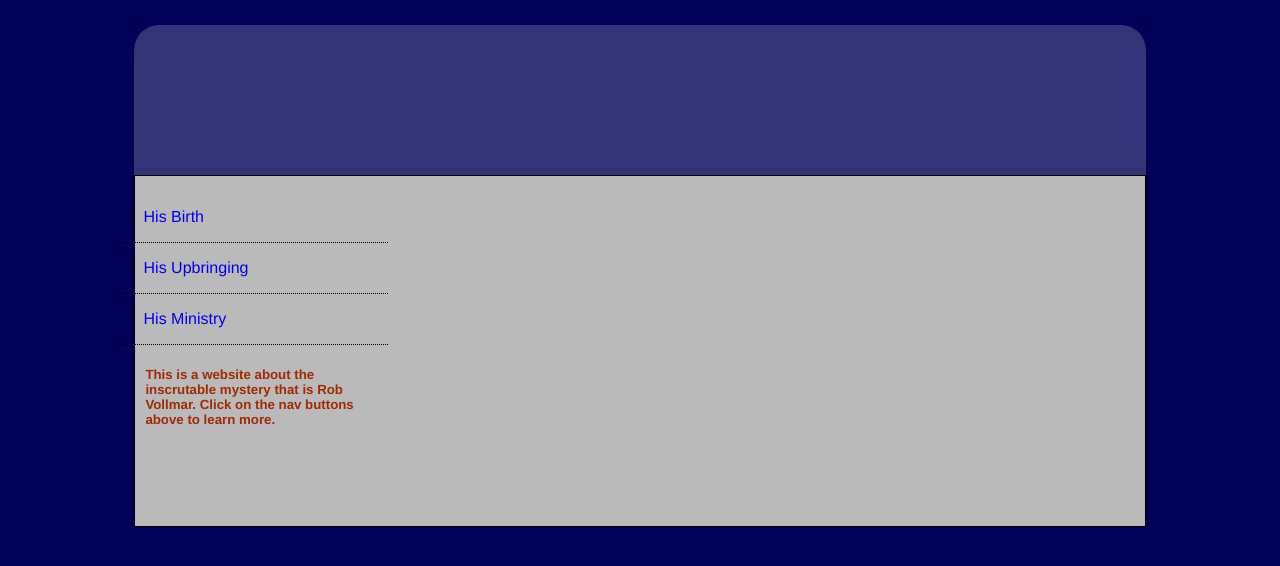
Repository: robvollmar/homework2
Page: birth.html
The author's editor kept a record of every edit. The page is drawn from the files as they stood at one moment, then again after the next edit.
The browser window is 1280 px wide. The pictures show the whole page.

Above is the page before.

After the next edit:
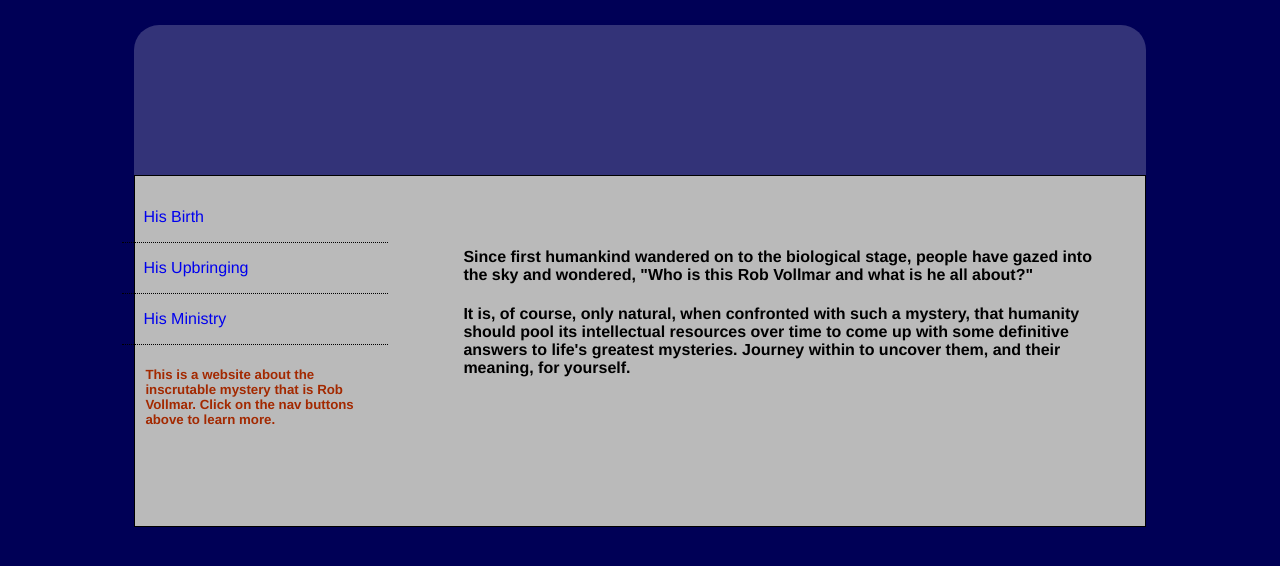
The edit:
--- a/birth.html
+++ b/birth.html
@@ -21,3 +21,13 @@
                 This is a website about the inscrutable mystery that is Rob Vollmar. Click on the nav buttons above to learn more.
             </h5>
             </div>
+            <div class="body">
+                <h2>
+
+            </h2>
+            <h4>
+                Since first humankind wandered on to the biological stage, people have gazed into the sky and wondered, "Who is this Rob Vollmar and what is he all about?"</h4>
+            <h4>
+                It is, of course, only natural, when confronted with such a mystery, that humanity should pool its intellectual resources over time to come up with some definitive answers to life's greatest mysteries. Journey within to uncover them, and their meaning, for yourself.
+            </h4>
+            </div>

After the edit that followed:
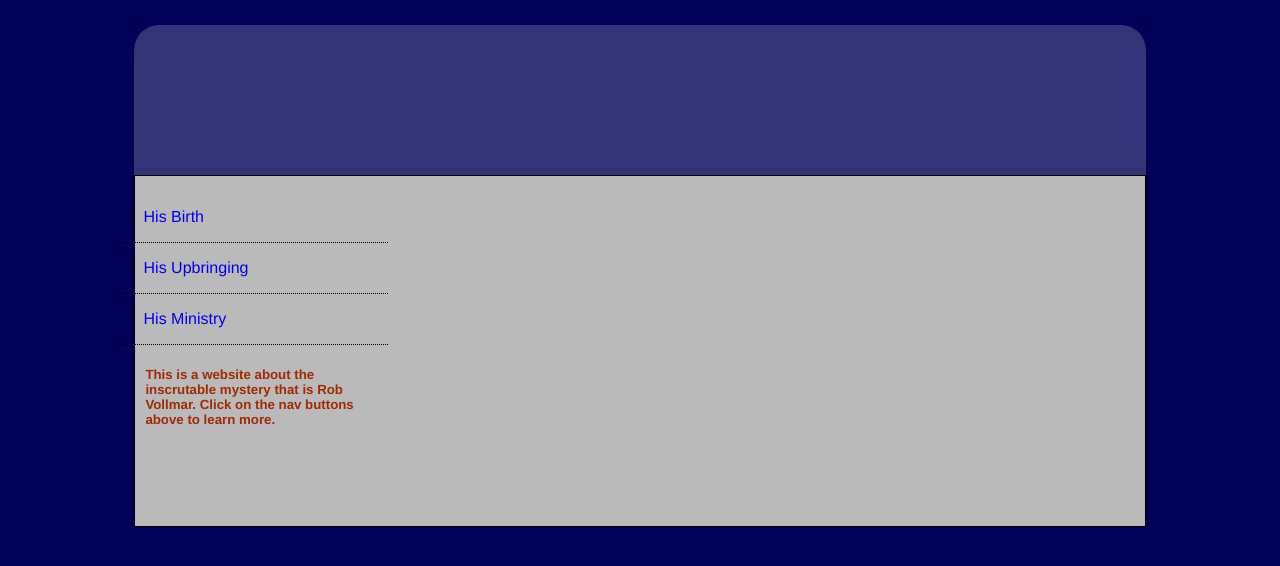
The edit:
--- a/birth.html
+++ b/birth.html
@@ -26,8 +26,7 @@
 
             </h2>
             <h4>
-                Since first humankind wandered on to the biological stage, people have gazed into the sky and wondered, "Who is this Rob Vollmar and what is he all about?"</h4>
-            <h4>
-                It is, of course, only natural, when confronted with such a mystery, that humanity should pool its intellectual resources over time to come up with some definitive answers to life's greatest mysteries. Journey within to uncover them, and their meaning, for yourself.
+
             </h4>
+
             </div>
